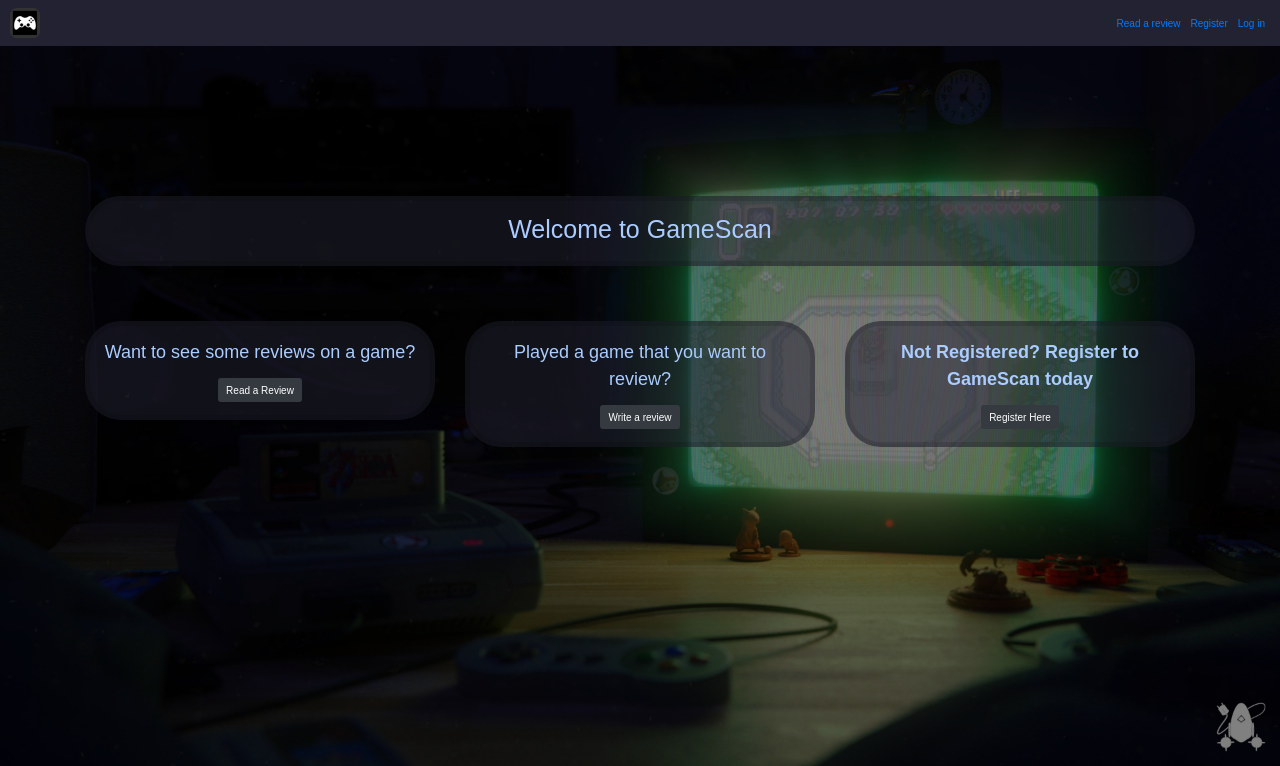
Repository: amit238/milestone-project-3
Page: http://localhost/
The author's editor kept a record of every edit. The page is drawn from the files as they stood at one moment, then again after the next edit.
The browser window is 1280 px wide. The pictures show the whole page.
Some web libraries are served in a nearby version. The page is served by the project's application, run on Flask 3 (app.py). Other server files are loaded and not shown.

Above is the page before.

### templates/index.html
{% extends "base.html" %} {% block nav_index %}active{% endblock %} {% block content %}
<div class="background">
    <div class="container fade-in">
        <div class="row">
            <div class="col-12 homepage">
                <div class="card homepage-card">
                    <div class="card-body">
                        <h1 class="welcome">Welcome to GameScan</h1>
                    </div>
                </div>
            </div>
        </div>
        <div class="row padding-text-align">
            <div class="col-12 col-lg-4">
                <div class="card homepage-card">
                    <div class="card-body">
                        <p>Want to see some reviews on a game?</p>
                        <button href="{{ url_for('reviews') }}" type="button" class="btn btn-dark">Read a Review</button>
                    </div>
                </div>
            </div>
            <div class="col-12 col-lg-4">
                <div class="card homepage-card">
                    <div class="card-body">
                        <p>Played a game that you want to review?</p>
                        <button href="{{ url_for('addreview') }}" type="button" class="btn btn-dark">Write a review </button>
                    </div>
                </div>
            </div>
            <div class="col-12 col-lg-4">
                <div class="card homepage-card">
                    <div class="card-body">
                        <p><strong>Not Registered? Register to GameScan today</strong></p>
                        <button href="{{ url_for('register') }}" type="button" class="btn btn-dark">Register Here</button>
                    </div>
                </div>
            </div>
        </div>
        {% endblock %}

### templates/base.html
<!DOCTYPE html>
<html lang="en">

<head>
  <meta charset="UTF-8">
  <meta name="viewport" content="width=device-width, initial-scale=1.0">
  <meta http-equiv="X-UA-Compatible" content="ie=edge"> {% if title %}
  <title>GameScan - {{ title }} </title>
  {% else %}
  <title>Welcome to GameScan!</title>
  {% endif %}
  <link rel="stylesheet" href="https://maxcdn.bootstrapcdn.com/bootstrap/4.2.1/css/bootstrap.min.css" type="text/css" />
  <link rel="stylesheet" href="https://use.fontawesome.com/releases/v5.0.10/css/all.css" integrity="sha384-+d0P83n9kaQMCwj8F4RJB66tzIwOKmrdb46+porD/OvrJ+37WqIM7UoBtwHO6Nlg" crossorigin="anonymous">
  <link rel="stylesheet" href="{{url_for('static', filename='css/style.css')}}" type="text/css" />
  <link rel="shortcut icon" type="image/ico" href="{{ url_for('static', filename='img/favicon.ico') }}" />
</head>

<body>
  <header>
    <nav class="navbar navbar-expand-lg navbar-custom bg-custom ">
      <a class="navbar-brand" href="{{ url_for('index') }}">
       <img src="{{ url_for('static', filename='img/favicon.ico') }}" width="30" height="30" alt="">
  </a>
      <button class="navbar-toggler" type="button" data-toggle="collapse" data-target="#navbarNavAltMarkup" aria-controls="navbarNavAltMarkup" aria-expanded="false" aria-label="Toggle navigation">
    <span class="navbar-toggler-icon"></span>
  </button>
      <div class="collapse navbar-collapse" id="navbarNavAltMarkup">
        <div class="navbar-nav ml-auto">
          {% if session['logged_in'] == True %}
          <a class="nav-item nav-link" href="{{ url_for('reviews') }}">Read a review</a>
          <a class="nav-item nav-link" href="{{ url_for('addreview') }}">Write a review</a>
          <a class="nav-item nav-link" href="{{ url_for('logout') }}">Sign Out</a>
          {% else %}
          <a class="nav-item nav-link" href="{{ url_for('reviews') }}">Read a review</a>
          <a class="nav-item nav-link" href="{{ url_for('register') }}">Register</a>
          <a class="nav-item nav-link" href="{{ url_for('login') }}">Log in</a>
          {% endif %}
        </div>
      </div>
    </nav>
    {% block content %} {% endblock %}
  </header>
  <script src="https://code.jquery.com/jquery-3.5.1.js" integrity="sha256-QWo7LDvxbWT2tbbQ97B53yJnYU3WhH/C8ycbRAkjPDc=" crossorigin="anonymous"></script>
  <script src="https://cdnjs.cloudflare.com/ajax/libs/popper.js/1.14.6/umd/popper.min.js" integrity="sha384-wHAiFfRlMFy6i5SRaxvfOCifBUQy1xHdJ/yoi7FRNXMRBu5WHdZYu1hA6ZOblgut" crossorigin="anonymous"></script>
  <script src="https://stackpath.bootstrapcdn.com/bootstrap/4.2.1/js/bootstrap.min.js" integrity="sha384-B0UglyR+jN6CkvvICOB2joaf5I4l3gm9GU6Hc1og6Ls7i6U/mkkaduKaBhlAXv9k" crossorigin="anonymous"></script>
</body>

</html>

### app.py
import os
if os.path.exists("env.py"):
  import env
from flask import Flask, render_template, redirect, request, url_for, flash, session
from forms import LoginForm, RegisterForm, ReviewGameForm
from flask_pymongo import PyMongo
from bson.objectid import ObjectId
import bcrypt

app = Flask(__name__)
app.config["MONGO_DBNAME"] = 'game_scan'
app.config["MONGO_URI"] = os.environ.get('MONGO_URI')

mongo = PyMongo(app)

SECRET_KEY = os.urandom(32)
app.config['SECRET_KEY'] = SECRET_KEY



@app.route('/reviews')
def reviews():
    return render_template('reviews.html', title="Read a review!", game_reviews=mongo.db.game_reviews.find())







@app.route('/')
def index():
    return render_template('index.html', title="Home")






# Adding Log in

@app.route('/login', methods=['GET', 'POST'])
def login():
    """Login handler"""
    if session.get('logged_in'):
        if session['logged_in'] is True:
            return redirect(url_for('index', title="Log In"))

    form = LoginForm()

    if form.validate_on_submit():
        # get all users
        users = mongo.db.users
        # try and get one with same name as entered
        db_user = users.find_one({'name': request.form['username']})

        if db_user:
            # check password using hashing
            if bcrypt.hashpw(request.form['password'].encode('utf-8'),
                             db_user['password']) == db_user['password']:
                session['username'] = request.form['username']
                session['logged_in'] = True
                # successful redirect to home logged in
                return redirect(url_for('index', title="Sign In", form=form))
            # must have failed set flash message
            flash('Invalid username/password combination')
    return render_template("login.html", title="Sign In", form=form)





@app.route('/logout')
def logout():
    """Clears session and redirects to home"""
    session.clear()
    return redirect(url_for('index'))





# Adding in Register form

@app.route('/register', methods=['GET', 'POST'])
def register():
    """Handles registration functionality"""
    form = RegisterForm(request.form)
    if form.validate_on_submit():
        # get all the users
        users = mongo.db.users
        # see if we already have the entered username
        existing_user = users.find_one({'name': request.form['username']})

        if existing_user is None:
            # hash the entered password
            hash_pass = bcrypt.hashpw(request.form['password'].encode('utf-8'), bcrypt.gensalt())
            # insert the user to DB
            users.insert_one({'name': request.form['username'],
                          'password': hash_pass,
                          'email': request.form['email']})
            session['username'] = request.form['username']
            return redirect(url_for('index'))
        # duplcate username set flash message and reload page
        flash('Sorry, that username is already taken - use another')
        return redirect(url_for('register'))
    return render_template('register.html', title='Register', form=form)





# Adding a review

@app.route('/addreview', methods=['GET', 'POST'])
def addreview():

   # If user is not logged in a message will appear

    if 'logged_in' not in session:
        flash('To add a review you need to sign in', 'warning')
        return redirect(url_for('login'))

   # If form submits successfully

    form = ReviewGameForm(request.form)
    if request.method == 'POST':
        game_reviews=mongo.db.game_reviews
        print('inside')
        print('rating:' + request.form['rating'])
        # import pdb; pdb.set_trace()
        # add form content to db as a new record
        game_reviews.insert_one({
            'user_created': session['username'],
            'name': request.form['name'],
            'genre': request.form['genre'],
            'rating': request.form['rating'],
            'description': request.form['description'],
            })

        flash('Your Review has been added ', 'success')

        # send to my reviews template on successful add
        return redirect(url_for('reviews'))

    return render_template('addreview.html', form=form,
                           title='Add a Review')





# Editing a review

@app.route('/editreview/<id>', methods=['GET', 'POST'])
def editreview(id):

    # Users can edit a review if logged in

    if 'logged_in' not in session:
        # if a user trys to go to edit review without been logged in

        flash('You will need to log in to edit a review', 'warning')
        return redirect(url_for('login'))  # sending to log in

    one_review = mongo.db.game_reviews.find_one({'_id': ObjectId(id)})
    # retrieving record from db

    # if a user trys to go to edit review that they don't own
    if one_review['user_created'] != session['user_created']:
        flash('You do  not own this review and cannot edit it. ',
              'warning')
        return redirect(url_for('login'))  # sending to log in

    form = ReviewGameForm(data=one_review)

    if form.validate_on_submit():  # if form submits successfully
        game_reviews = mongo.db.game_reviews


        # add form content to db as a new record
        game_reviews.update_one({'_id': ObjectId(id)}, {'$set': {
            'name': request.form['name'],
            'genre': request.form['genre'],
            'rating': request.form['rating'],
            'description': request.form['description'],
            }})

        flash('Your review has been updated!', 'success')

        # send to my review template on successful addupdate
        return redirect(url_for('reviews', id=id))

    return render_template('editreview.html', form=form,
                           title='Edit a  Review')


# Delete a review

# If user is logged in and wants to delete a review

@app.route('/delete/<id>', methods=['GET', 'POST'])
def deletereview(id):

    if 'logged_in' not in session:

        flash('You need to log in to delete a review', 'warning')
        return redirect(url_for('login'))  # sending to log in

    # retrieving record from db

    # if a user trys to go to edit review that they don't own
    one_review = mongo.db.reviews.find_one({'_id': ObjectId(id)})

    # retrieving record from db

    # if a user trys to go to edit review that they don't own
    if one_review['username'] != session['username']:
        flash('You do not own this review and cannot delete it.' +
              ' A user can only edit or delete their own reviews',
              'warning')

        return redirect(url_for('index'))  # sending to log in

    flash("You have successfully deleted your review.",
          'warning')
    mongo.db.reviews.delete_one({'_id': ObjectId(id)})
    return redirect(url_for('index'))


if __name__ == '__main__':
    app.run(host=os.environ.get('IP'),
            port=int(os.environ.get('PORT')),
            debug=True)

### static/css/style.css
html {
  font-size: 10px;
}

body {
  padding: 0;
  margin: 0;
  background-color: #222233;
  font-family: 'Poppins', sans-serif;
  ;
}

/*----Navbar----*/

/*----Homepage----*/

.padding-text-align {
  padding-top: 5em;
  text-align: center;
}

.homepage-card {
  font-size: large;
  background-color: rgba(34, 34, 51, 0.5);
  border-radius: 2em;
  border-width: thick;
  animation: fade-cards-in 2s ease-out;
  margin-bottom: 5px;
  color: #AACCFF
}

@keyframes fade-cards-in {
  0% {
    opacity: .5;
    transform: translateY(30px);
  }
  80% {
    transform: translateY(3px);
  }
  100% {
    opacity: 1;
    transform: translate(0);
  }
}

.background {
  background-image: url('../img/night.jpg');
  background-color: #222233;
  background-size: cover;
  background-repeat: no-repeat;
  height: 100vh;
}

.homepage {
  padding-top: 15em;
  text-align: center;
}

/*----Add Review----*/
/*-some css also in reviews.html to stop repeating-*/

.form-bg {
  background-color: #222233;
  margin-top: 2em;
}

.form-text {
  color: #AACCFF;
  font-size: 1.4rem;
  border-width: thick;
}

.form-btn {
  text-align: center;
  background-color: #222233;
}
.center-header {
  text-align: center;
}

/*----Reviews----*/

.center {
  text-align: center;
  border-width: thick;
}

.description {
  margin-top: 2em;
  font-weight: 800;
  text-align: left;
}


/*----Register----*/
/*-some css also in login.html to stop repeating-*/

.color-center {
  color: #AACCFF;
  text-align: center;
}

.padding-top {
  padding-top: 1em;
}


.border-box {
  border-radius: 1rem;
}

After the next edit:
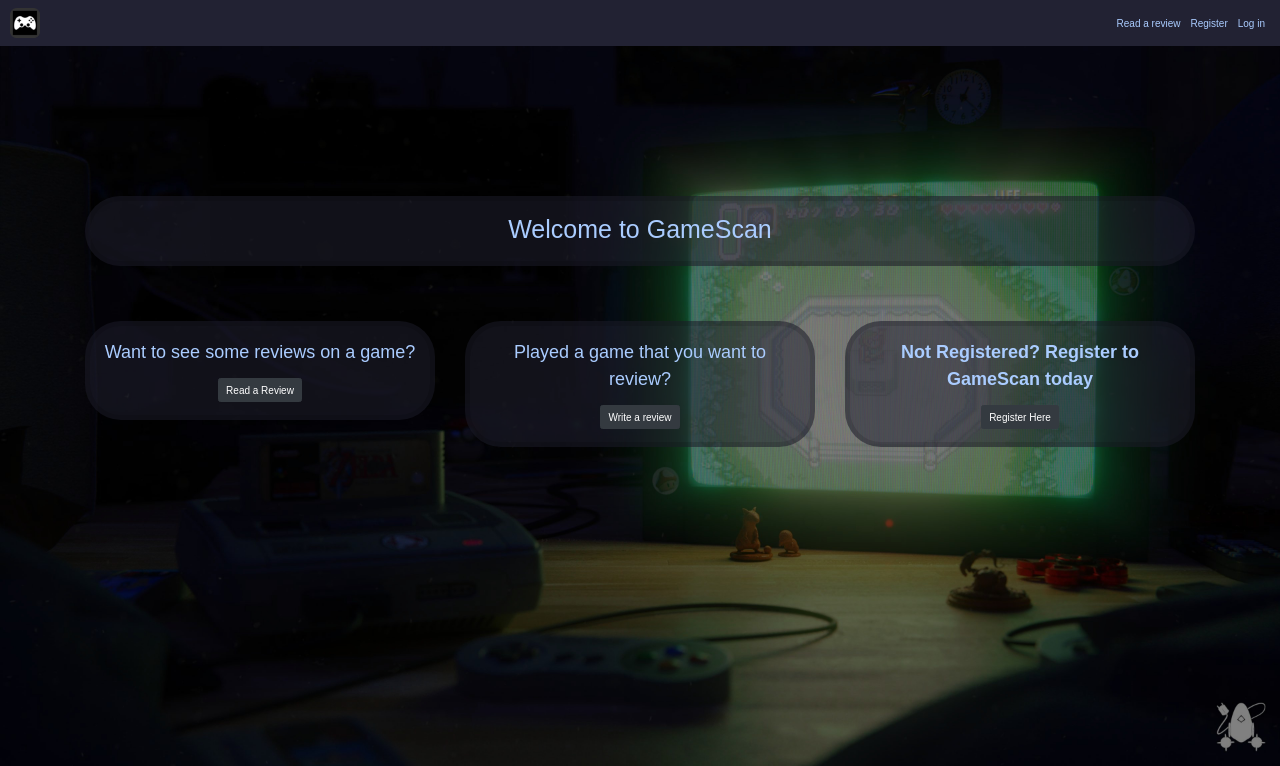
The edit:
--- a/static/css/style.css
+++ b/static/css/style.css
@@ -11,7 +11,13 @@
 }
 
 /*----Navbar----*/
+.bg-custom {
+  background-color: #222233;
+}
 
+.nav-item {
+  color: #aaccff;
+}
 /*----Homepage----*/
 
 .padding-text-align {
